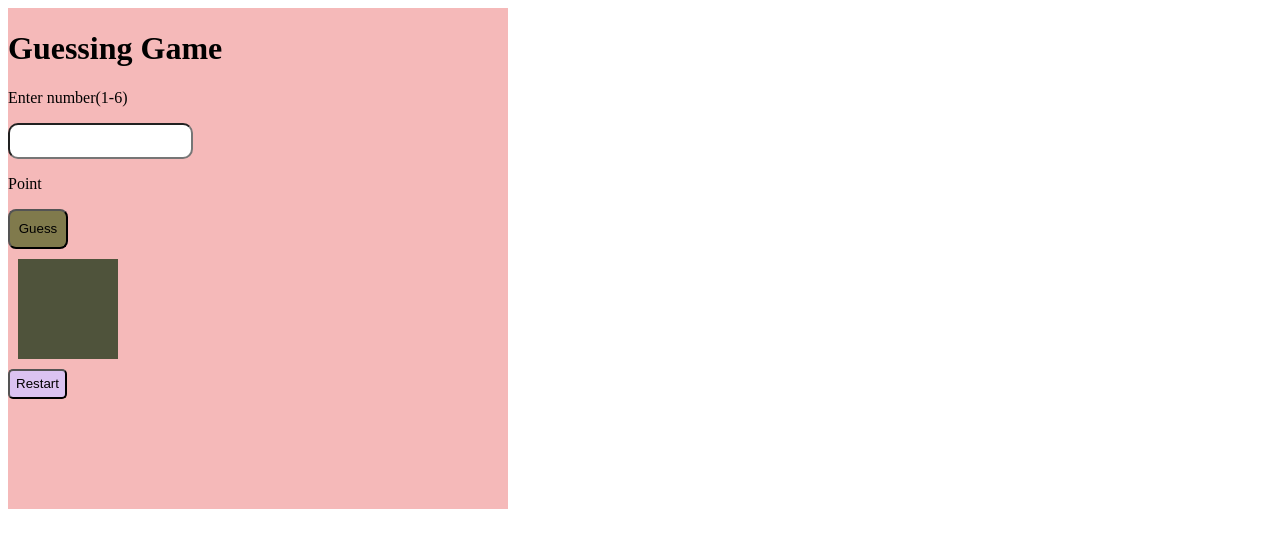
Repository: AniAntonyan/GuessingGame
Page: index.html
An editor plug-in stored every save of this project. The page is shown before and after the next save, followed by the edit.
The browser window is 1280 px wide. The pictures show the whole page.

Above is the page before, as saved 2022-02-27 17:28:12.

### index.html
<!DOCTYPE html>
<html lang="en">
<head>
    <meta charset="UTF-8">
    <meta http-equiv="X-UA-Compatible" content="IE=edge">
    <meta name="viewport" content="width=device-width, initial-scale=1.0">
    <link rel="stylesheet" href="style.css">
    <title>Document</title>
</head>
<body>
    <div class="container">
        <h1 class="Guessing">Guessing Game</h1>
        <p class="enter">Enter number(1-6)</p>
    <input id="num" type="text">
    <p class="p">Point</p>
    <button id="btn">Guess</button>
    <div class="table" id="show-text"></div>
    <button  id="restart"> Restart</button>
    </div>

    <script src="index.js"></script>
</body>
</html>

### style.css
.container{
    background-color: #f5b9b9;
    height: 500px;
    width: 500px;
    padding-top:1px;
}

#num{
    height: 30px;
    border-radius: 10px;
}

#btn{
    height: 40px;
    width: 60px;
    border-radius: 8px;
    background-color: rgb(128, 122, 76);

}

.table{
    height: 100px;
    width: 100px;
    background-color: rgb(79, 83, 59);
    margin: 10px;
}

#restart{
    height: 30px;
    border-radius: 5px;
    background-color: rgb(219, 195, 241);
}

### index.js
let input = document.getElementById("num");
let btn = document.getElementById("btn");
let text = document.getElementById("show-text");
let restart = document.getElementById("restart");
let random = Math.floor(Math.random() * 6 + 1);

After the next save:
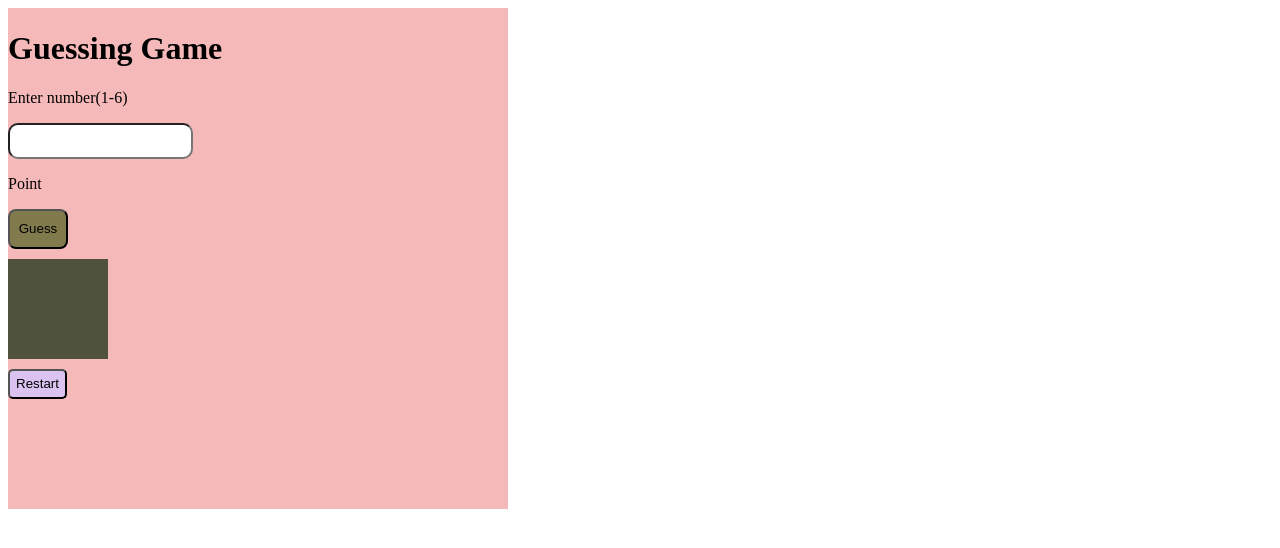
Saved 10 s later.
--- a/style.css
+++ b/style.css
@@ -22,7 +22,7 @@
     height: 100px;
     width: 100px;
     background-color: rgb(79, 83, 59);
-    margin: 10px;
+    margin: 10px 0;
 }
 
 #restart{

After the 2 saves that followed:
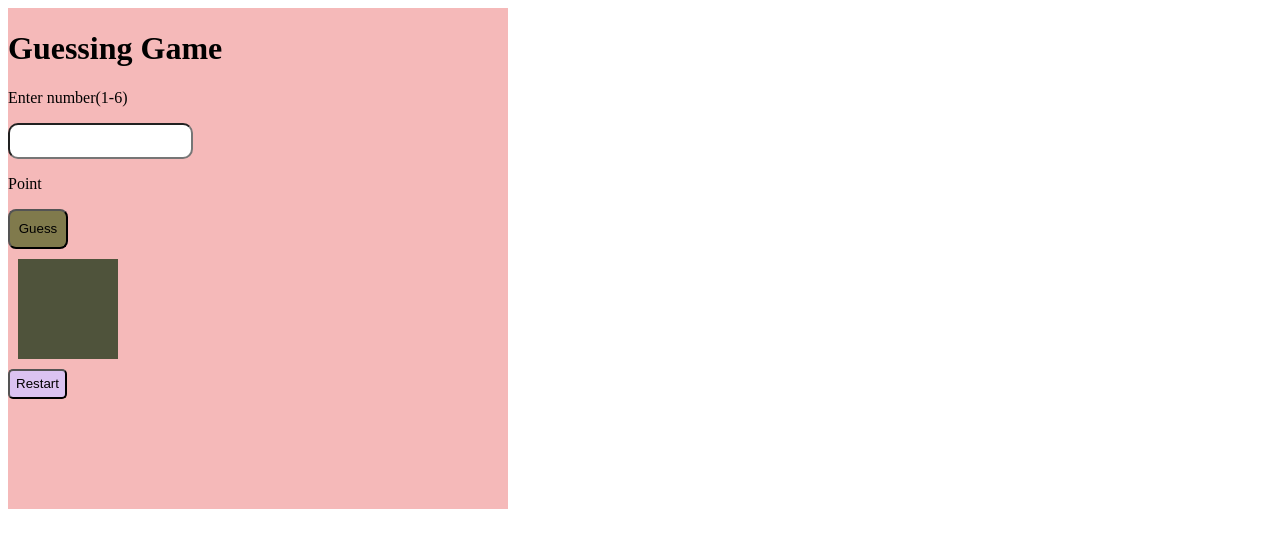
The 2 saves are shown as one change because they came seconds apart.
The last was saved 5 s later.
--- a/style.css
+++ b/style.css
@@ -22,7 +22,7 @@
     height: 100px;
     width: 100px;
     background-color: rgb(79, 83, 59);
-    margin: 10px 0;
+    margin: 10px;
 }
 
 #restart{
